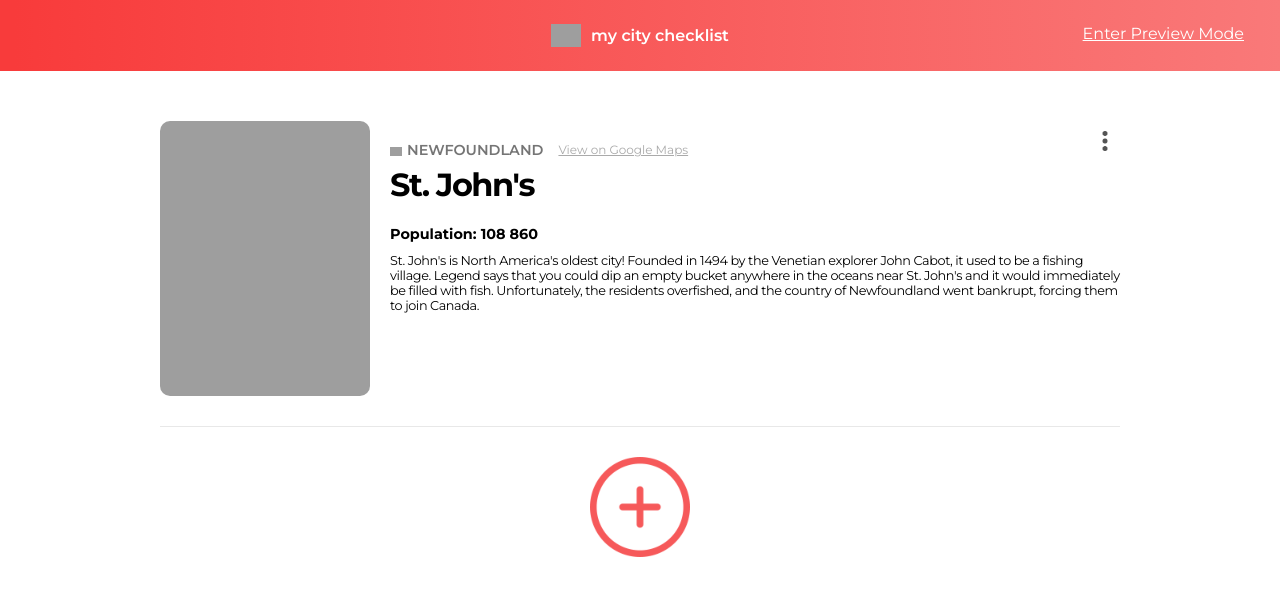
Repository: jsong552/my-city-checklist
Page: /
An editor plug-in stored every save of this project. The page is shown before and after the next save, followed by the edit.
The browser window is 1280 px wide. The pictures show the whole page.
Pictures or frames that could not be fetched are drawn as grey boxes. The project was rebuilt for these pictures with package versions that can differ from the ones it lists, and the page was loaded fresh each time. Imported but missing from the stored project, and not drawn on this page: src/reportWebVitals.

Above is the page before, as saved 2024-01-01 19:18:18.

After the next save:
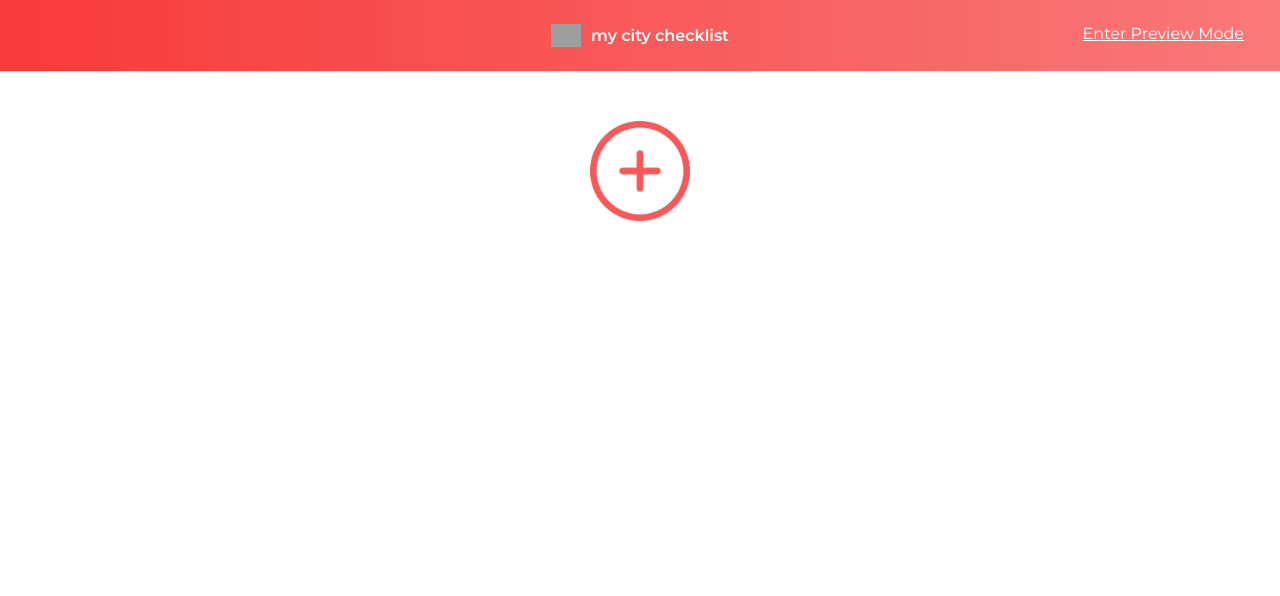
Saved 59 min 36 s later.
--- a/src/App.js
+++ b/src/App.js
@@ -35,7 +35,7 @@ export default function App() {
     )
     let [previewMode, setPreviewMode] = React.useState(false);
 
-    let [allData, setAllData] = React.useState(data);
+    let [allData, setAllData] = React.useState(JSON.parse(localStorage.getItem("allData")) || []);
 
     // menu dots functions (open, edit, delete) ------------------------
     function handleMenuDotsClick(id, event) {
@@ -171,6 +171,8 @@ export default function App() {
             })
         }
         getInfo();
+
+        localStorage.setItem("allData", JSON.stringify(allData));
     }
 
     function closeCardMenu() {
@@ -212,6 +214,8 @@ export default function App() {
                 })
             })
         }
+
+        localStorage.setItem("allData", JSON.stringify(allData));
     }
 
     function indexLoop(currentIndex, maxIndex) {
@@ -325,6 +329,8 @@ export default function App() {
         //         }
         //     ]
         // ))
+
+        localStorage.setItem("allData", JSON.stringify(allData));
     }
 
     function handleButtonClick() {
